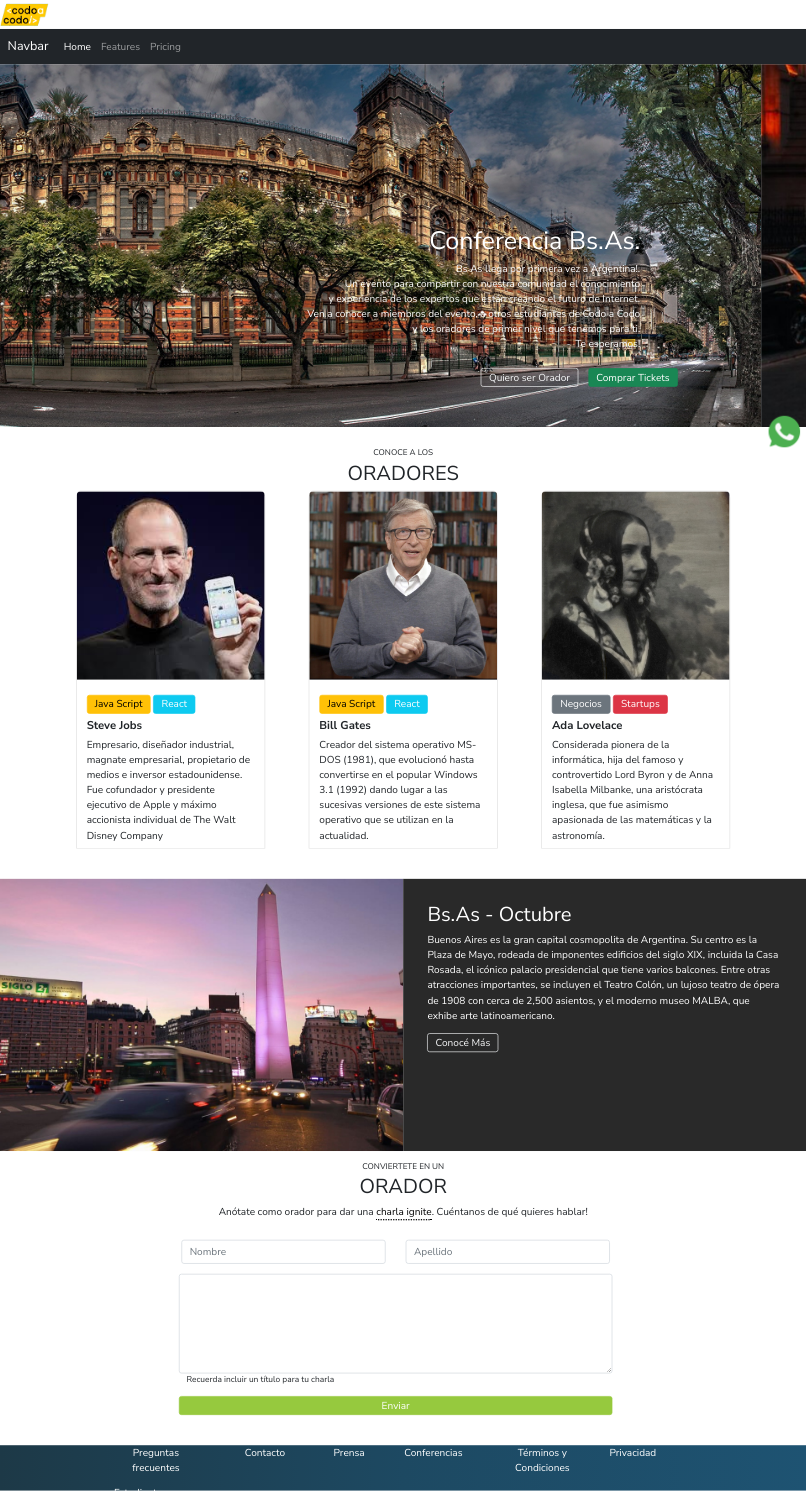
Repository: Melire/trabajo-final-BS
Page: index.html
The author's editor kept a copy of each file at every save. The page is drawn from the files as they stood at one save, then again after the next save.
The browser window is 1280 px wide. The pictures show the whole page, at 63% of full size.

Above is the page before, as saved 2023-05-11 18:00:30.

### index.html
<!DOCTYPE html>
<html lang="es">

<head>
    <meta charset="UTF-8">
    <meta http-equiv="X-UA-Compatible" content="IE=edge">
    <meta name="viewport" content="width=device-width, initial-scale=1.0">
    <title>Proyecto Melisa Renovales Wolcan</title>
    <link rel="shortcut icon" href="favicon.ico" type="image/x-icon">
    <link href="https://cdn.jsdelivr.net/npm/bootstrap@5.0.2/dist/css/bootstrap.min.css" rel="stylesheet"
        integrity="sha384-EVSTQN3/azprG1Anm3QDgpJLIm9Nao0Yz1ztcQTwFspd3yD65VohhpuuCOmLASjC" crossorigin="anonymous">
    <link rel="stylesheet" href="./css/estilos3.css">

</head>

<body>
    <header class="header">
        <!--<div class="headerNav">
            <div class="contenedorLogo">
                <a href="https://www.buenosaires.gob.ar/educacion/codo-codo" target="_blank">
                    <img src="./assets/img/codoacodo.png" alt="Logo">
                </a>
                <h2>Conf. Bs.As.</h2>
            </div>
            <!--barra de navegacion BS-->
            <div class="contenedorLogo">
                <a href="https://www.buenosaires.gob.ar/educacion/codo-codo" target="_blank">
                    <img src="./assets/img/codoacodo.png" alt="Logo">
                </a>
                <h2>Conf. Bs.As.</h2>
            </div>
            <nav class="navbar navbar-expand-lg navbar-dark bg-dark">
                <div class="container-fluid">
                  <a class="navbar-brand" href="#">Navbar</a>
                  <button class="navbar-toggler" type="button" data-bs-toggle="collapse" data-bs-target="#navbarNav" aria-controls="navbarNav" aria-expanded="false" aria-label="Toggle navigation">
                    <span class="navbar-toggler-icon"></span>
                  </button>
                  <div class="collapse navbar-collapse" id="navbarNav">
                    <ul class="navbar-nav">
                      <li class="nav-item">
                        <a class="nav-link active" aria-current="page" href="#">Home</a>
                      </li>
                      <li class="nav-item">
                        <a class="nav-link" href="#">Features</a>
                      </li>
                      <li class="nav-item">
                        <a class="nav-link" href="#">Pricing</a>
                      </li>
                    </ul>
                  </div>
                </div>
              </nav>
            <!--
            <nav>
                <ul class="nav">
                    <li class="nav-item">
                        <a class="nav-link active" aria-current="page" href="#laConferencia">La Conferencia</a>
                    </li>
                    <li class="nav-item">
                        <a class="nav-link" href="#losOradores">Los Oradores</a>
                    </li>
                    <li class="nav-item">
                        <a class="nav-link" href="#lugarYfecha">Lugar y La Fecha</a>
                    </li>
                    <li class="nav-item">
                        <a class="nav-link" href="#convierteteEnOrador">Conviértete en Orador</a>
                    </li>
                    <a class="nav-link color" href="./pages/comprar_tickets.html">Comprar tickets</a>
                    </li>
                </ul>
            </nav>
-->
        </div>
        <!--comportamientos carrousel BS-->
        <section id="laConferencia" class="contenedorCarousel">
            <div id="carouselExampleCaptions" class="carousel slide" data-bs-ride="carousel">
                <div class="carousel-indicators">
                    <div class="carouselNone">
                        <button type="button" data-bs-target="#carouselExampleCaptions" data-bs-slide-to="0"
                            class="active" aria-current="true" aria-label="Slide 1"></button>
                        <button type="button" data-bs-target="#carouselExampleCaptions" data-bs-slide-to="1"
                            aria-label="Slide 2"></button>
                        <button type="button" data-bs-target="#carouselExampleCaptions" data-bs-slide-to="2"
                            aria-label="Slide 3"></button>
                    </div>

                    <!--botones carrousel-->
                    <nav class="container">
                        <div class="botonesCabecera">
                            <a href="#convierteteEnOrador" button type="button" class="btn btn-outline-light">Quiero ser
                                Orador</a>
                            <div class="botonTickets">
                                <a href="./pages/comprar_tickets.html" button type="button"
                                    class="btn btn-success">Comprar
                                    Tickets</a>
                            </div>
                        </div>
                    </nav>
                </div>
                <!--textos y fotos carrousel BS-->
                <div class="carousel-inner">
                    <div class="carousel-item active">
                        <img src="./assets/img/ba1.jpg" class="d-block w-100" alt="Palacio del agua">
                        <div class="carousel-caption d-none d-md-block">
                            <h5 class="texto"> Conferencia Bs.As.</h5>
                            <p> Bs As llega por primera vez a Argentina!.<br /> Un evento para compartir con nuestra
                                comunidad el conocimiento<br /> y experiencia de los expertos que están creando el
                                futuro de Internet.<br />
                                Ven a conocer a miembros del evento, a otros estudiantes de Codo a Codo<br /> y los
                                oradores de primer nivel que tenemos para ti.<br />Te esperamos!</p>
                        </div>
                    </div>
                    <div class="carousel-item">
                        <img src="./assets/img/ba2.jpg" class="d-block w-100" alt="obelisco">
                        <div class="carousel-caption d-none d-md-block">
                            <h5 class="texto">Paseos en bus</h5>
                            <p>Tenemos la mejor selección de tours en español en Argentina<br />
                                ¡y al mejor precio! Descubre todo lo que puedes hacer en la Ciudad de Buenos
                                Aires!<br />
                                Veni a conocer un mágico Buenos Aires<br /> Te invitamos a conocer las costumbres y
                                gastronomía de la vida porteña de antaño</p>
                        </div>
                    </div>
                    <div class="carousel-item">
                        <img src="./assets/img/ba3.jpg" class="d-block w-100" alt="Diagonal sur">
                        <div class="carousel-caption d-none d-md-block">
                            <h5 class="texto">Visitas guiadas en edificios históricos</h5>
                            <p>En nuestras caminatas guiadas,<br /> recorremos los edificios mas hermosos de la
                                ciudad,<br /> llenos de histrorias y misterios.<br /> No te lo pierdas!</p>
                        </div>
                    </div>
                </div>

                <button class="carousel-control-prev" type="button" data-bs-target="#carouselExampleCaptions"
                    data-bs-slide="prev">
                    <span class="carousel-control-prev-icon" aria-hidden="true"></span>
                    <span class="visually-hidden">Previous</span>
                </button>
                <button class="carousel-control-next" type="button" data-bs-target="#carouselExampleCaptions"
                    data-bs-slide="next">
                    <span class="carousel-control-next-icon" aria-hidden="true"></span>
                    <span class="visually-hidden">Next</span>
                </button>
            </div>
        </section>
    </header>

    <!--Oradores BS-->
    <main>
        <section id="losOradores" class="sectionOradores">
            <h2><span class=tituloCh>CONOCE A LOS</span> <br> ORADORES</h2>
            <div class="padreCards">
                <div class="container row row-cols-1 row-cols-md-3 g-3">
                    <div class="col">
                        <div class="card h-100">
                            <img src="./assets/img/steve.jpg" class="card-img-top" alt="Steve Jobs">
                            <div class="buttonsCard">
                                <button type="button" class="btn btn-warning">Java Script</button>
                                <button type="button" class="btn btn-info">React</button>

                            </div>

                            <div class="card-body">
                                <h5 class="card-title"><span>Steve Jobs</span></h5>
                                <p class="card-text">Empresario, diseñador industrial, magnate empresarial, propietario
                                    de medios e inversor
                                    estadounidense. Fue cofundador y presidente ejecutivo de Apple​ y máximo accionista
                                    individual de The Walt Disney Company</p>
                            </div>
                        </div>
                    </div>

                    <div class="col">
                        <div class="card h-100">
                            <img src="./assets/img/bill.jpg" class="card-img-top" alt="Bill Gates">
                            <div class="buttonsCard">
                                <button type="button" class="btn btn-warning">Java Script</button>
                                <button type="button" class="btn btn-info">React</button>
                            </div>
                            <div class="card-body">
                                <h5 class="card-title">Bill Gates</h5>
                                <p class="card-text">Creador del sistema operativo MS-DOS (1981), que evolucionó hasta
                                    convertirse en el popular
                                    Windows 3.1 (1992) dando lugar a las sucesivas versiones de este sistema operativo
                                    que se
                                    utilizan en la actualidad.</p>
                            </div>
                        </div>
                    </div>
                    <div class="col">
                        <div class="card h-100">
                            <img src="./assets/img/ada.jpeg" class="card-img-top" alt="Ada Lovelace">
                            <div class="buttonsCard">
                                <button type="button" class="btn btn-secondary">Negocios</button>
                                <button type="button" class="btn btn-danger">Startups</button>
                            </div>
                            <div class="card-body">
                                <h5 class="card-title">Ada Lovelace</h5>
                                <p class="card-text">Considerada pionera de la informática, hija del famoso y
                                    controvertido Lord Byron y de Anna
                                    Isabella Milbanke, una aristócrata inglesa, que fue asimismo apasionada de las
                                    matemáticas y
                                    la astronomía.</p>
                            </div>
                        </div>
                    </div>
                </div>
            </div>
        </section>
        <section id="lugarYfecha" class="container-fluid">
            <div class="row">
                <div class="col-sm-12 col-md-6 colIzq">

                </div>
                <div class="col-sm-12 col-md-6 colDer">
                    <h2>Bs.As - Octubre</h2>
                    <p>Buenos Aires es la gran capital cosmopolita de Argentina. Su centro es la Plaza de Mayo, rodeada
                        de imponentes edificios del siglo XIX, incluida la Casa Rosada, el icónico palacio presidencial
                        que tiene varios balcones. Entre otras atracciones importantes, se incluyen el Teatro Colón, un
                        lujoso teatro de ópera de 1908 con cerca de 2,500 asientos, y el moderno museo MALBA, que exhibe
                        arte latinoamericano.</p>
                    <a href=""><button type="button" class="btn btn-outline-light">Conocé Más</button></a>
                </div>
        </section>



        <!--Formulario Orador-->
        <section id="convierteteEnOrador" class="formularioOrador container row-cols-1">
            <form>
                <h2><span class="tituloCh"> CONVIERTETE EN UN </span> <br> ORADOR</h2>
                <p>Anótate como orador para dar una <a href="" class="charla">charla ignite</a>.
                    Cuéntanos de qué quieres hablar!</p>

                <div class="mb-3">
                    <div class="datosUser container row ">
                        <div class="imputName col-sm-12  col-md-6 col-lg-4">
                            <input type="text" class="form-control" id="Nombre" placeholder="Nombre">
                        </div>
                        <div class="imputName col-sm-12  col-md-6 col-lg-4">
                            <input type="text" class="form-control" id="Apellido" placeholder="Apellido">
                        </div>

                        <div class="container row col-sm-12  col-md-8 col-lg-8">
                            <textarea class="form-control " id="exampleFormControlTextarea1" rows="6"
                                placeholder="Sobre que quieres hablar?">
                            </textarea>
                                <p class="finalForm">Recuerda incluir un título para tu charla</p>
                        </div>

                            <div class="d-grid gap-2 col-sm-12  col-md-8 col-lg-8">
                                <button class="btn btn-success-color">Enviar</button>
                            </div>
                    </div>
                </div>
            </form>
        </section>
    </main>


    <!--footer BS-->
    <footer class="footer container-fluid mt-5">
        <div class="contenedorFooter row text-center gap-3 w-75 h-100 mx-auto">
            <a class="col-sm-12 col-md-2" href="#Preguntas frecuentes">Preguntas frecuentes</a>
            <a class="col-sm-12 col-md-2" href="#contacto">Contacto</a>
            <a class="col-sm-12 col-md-1" href="#prensa">Prensa</a>
            <a class="col-sm-12 col-md-2" href="#conferencias">Conferencias</a>
            <a class="col-sm-12 col-md-2" href="#condiciones">Términos y Condiciones</a>
            <a class="col-sm-12 col-md-1" href="#privacidad">Privacidad</a>
            <a class="col-sm-12 col-md-1" href="#estudiantes">Estudiantes</a>
        </div>
        <a href=""><img class="wsp" src="./assets/img/whatsapp.png" alt="what"></a>
    </footer>
    <script src="https://cdn.jsdelivr.net/npm/bootstrap@5.0.2/dist/js/bootstrap.bundle.min.js"
        integrity="sha384-MrcW6ZMFYlzcLA8Nl+NtUVF0sA7MsXsP1UyJoMp4YLEuNSfAP+JcXn/tWtIaxVXM"
        crossorigin="anonymous"></script>
</body>

</html>

Loaded but not shown: css/estilos3.css (644 lines, source omitted)

After the next save:
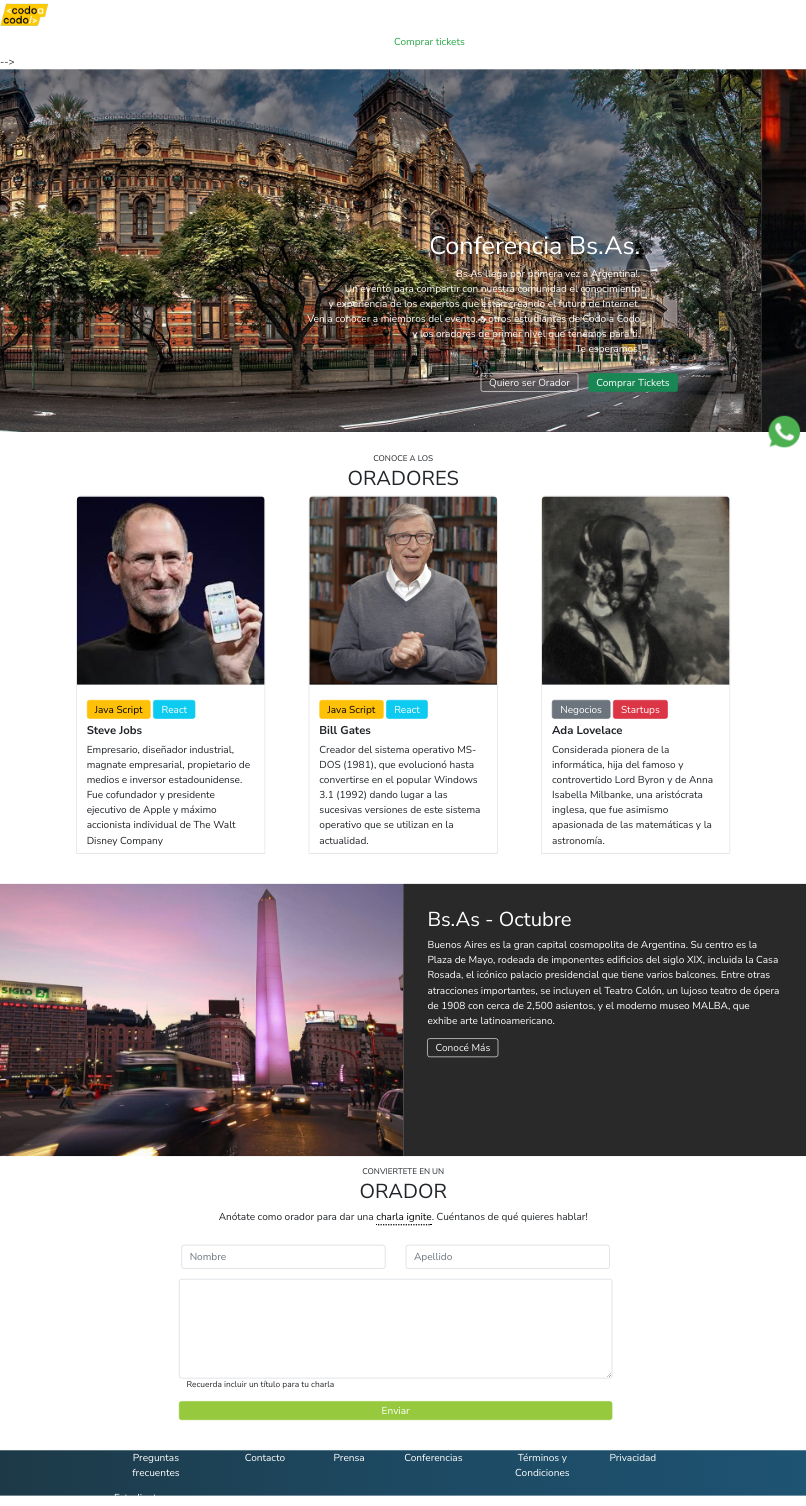
Saved 115 s later.
--- a/index.html
+++ b/index.html
@@ -29,28 +29,7 @@
                 </a>
                 <h2>Conf. Bs.As.</h2>
             </div>
-            <nav class="navbar navbar-expand-lg navbar-dark bg-dark">
-                <div class="container-fluid">
-                  <a class="navbar-brand" href="#">Navbar</a>
-                  <button class="navbar-toggler" type="button" data-bs-toggle="collapse" data-bs-target="#navbarNav" aria-controls="navbarNav" aria-expanded="false" aria-label="Toggle navigation">
-                    <span class="navbar-toggler-icon"></span>
-                  </button>
-                  <div class="collapse navbar-collapse" id="navbarNav">
-                    <ul class="navbar-nav">
-                      <li class="nav-item">
-                        <a class="nav-link active" aria-current="page" href="#">Home</a>
-                      </li>
-                      <li class="nav-item">
-                        <a class="nav-link" href="#">Features</a>
-                      </li>
-                      <li class="nav-item">
-                        <a class="nav-link" href="#">Pricing</a>
-                      </li>
-                    </ul>
-                  </div>
-                </div>
-              </nav>
-            <!--
+
             <nav>
                 <ul class="nav">
                     <li class="nav-item">
